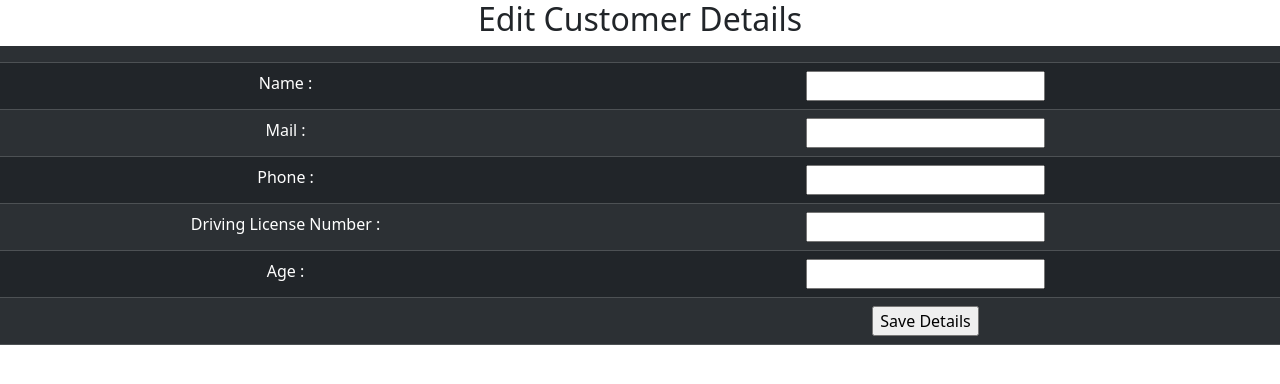
Repository: Nuthan12/Bike-Rental-System
Page: http://localhost/Bike_Rental_System/WEB-INF/jsp/customerEditForm.jsp
These files come from the project's save history. The page is drawn as it stood at one moment and after the next save; the edit follows.
The browser window is 1280 px wide. The pictures show the whole page.
The page is served by Tomcat 9. Nobody is signed in. Other server files are loaded and not shown. The template is opened directly, without the code that normally fills it, so the values that code supplies are empty.

Above is the page before, as saved 2023-05-05 11:51:51.

### Bike_Rental_System/src/main/webapp/WEB-INF/jsp/customerEditForm.jsp
<%@ page language="java" contentType="text/html; charset=ISO-8859-1"
	pageEncoding="ISO-8859-1"%>
<%@ taglib uri="http://www.springframework.org/tags/form" prefix="form"%>
<%@ taglib uri="http://java.sun.com/jsp/jstl/core" prefix="c"%>
<!DOCTYPE html>
<html>
<head>
<meta charset="ISO-8859-1">
<title>Edit Customer Details</title>
<link
	href="https://cdn.jsdelivr.net/npm/bootstrap@5.3.0-alpha3/dist/css/bootstrap.min.css"
	rel="stylesheet"
	integrity="sha384-KK94CHFLLe+nY2dmCWGMq91rCGa5gtU4mk92HdvYe+M/SXH301p5ILy+dN9+nJOZ"
	crossorigin="anonymous">
	</link>
</head>
<body>
	<h2 align="center">Edit Customer Details</h2>
	<form:form method="POST" action="editsave" align="center">
		<table class="table table-dark table-striped">
			<tr>
				<td></td>
				<td><form:hidden path="cust_Id" /></td>
			</tr>
			<tr>
				<td>Name :</td>
				<td><form:input path="cust_Name" /></td>
			</tr>
			<tr>
				<td>Mail :</td>
				<td><form:input path="cust_Mail" /></td>
			</tr>
			<tr>
				<td>Phone :</td>
				<td><form:input path="cust_Phone" /></td>
			</tr>
			<tr>
				<td>Driving License Number :</td>
				<td><form:input path="dl_Number" /></td>
			</tr>
			<tr>
				<td>Age :</td>
				<td><form:input path="age" /></td>
			</tr>

			<tr>
				<td></td>
				<td><input type="submit" value="Save Details" /></td>
			</tr>
		</table>
	</form:form>
</body>
</html>

After the next save:
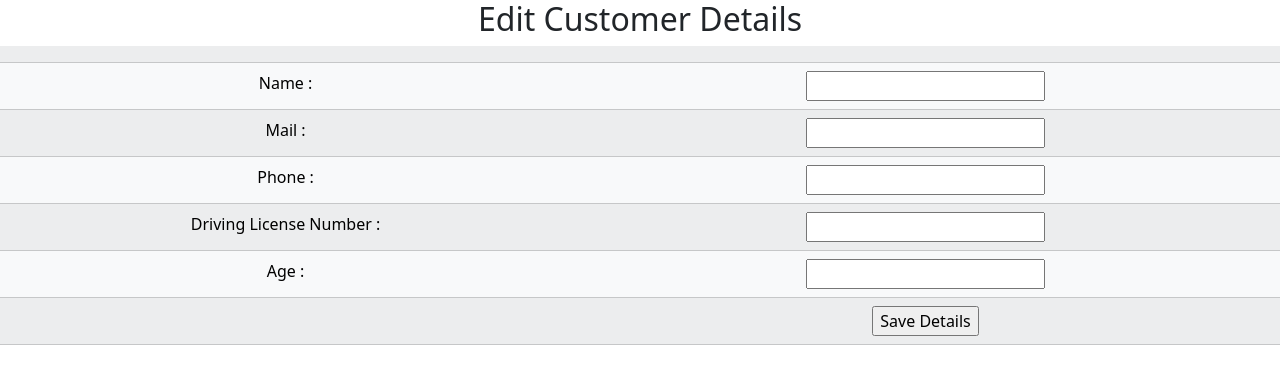
Saved 13 s later.
--- a/Bike_Rental_System/src/main/webapp/WEB-INF/jsp/customerEditForm.jsp
+++ b/Bike_Rental_System/src/main/webapp/WEB-INF/jsp/customerEditForm.jsp
@@ -17,7 +17,7 @@
 <body>
 	<h2 align="center">Edit Customer Details</h2>
 	<form:form method="POST" action="editsave" align="center">
-		<table class="table table-dark table-striped">
+		<table class="table table-light table-striped">
 			<tr>
 				<td></td>
 				<td><form:hidden path="cust_Id" /></td>
